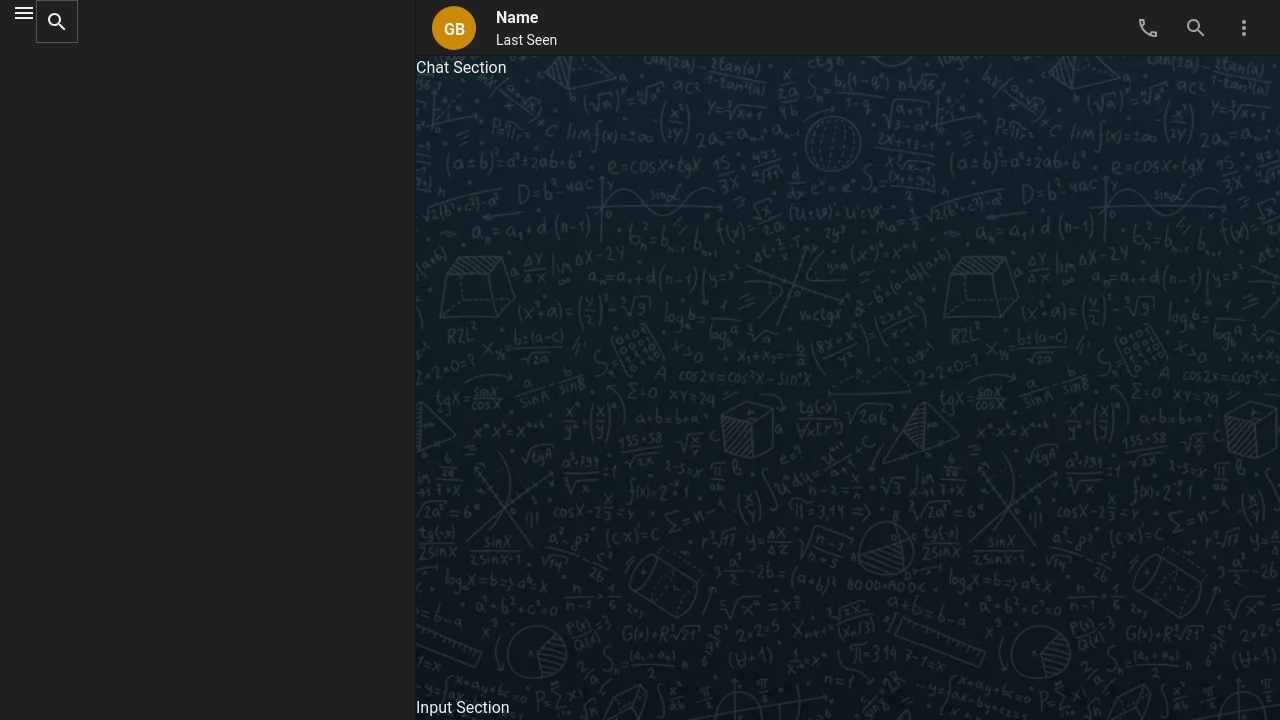
Repository: Qu4ntumGuy/telegram-clone
Page: /
The author's editor kept a copy of each file at every save. The page is drawn from the files as they stood at one save, then again after the next save.
The browser window is 1280 px wide. The pictures show the whole page.
The project was rebuilt for these pictures with package versions that can differ from the ones it lists, and the page was loaded fresh each time. Also part of the build but not shown: src/Utils/ContextProvider.js, src/Pages/ChatPage.js/ChatPage.js.

Above is the page before, as saved 2024-07-15 12:28:36.

After the next save:
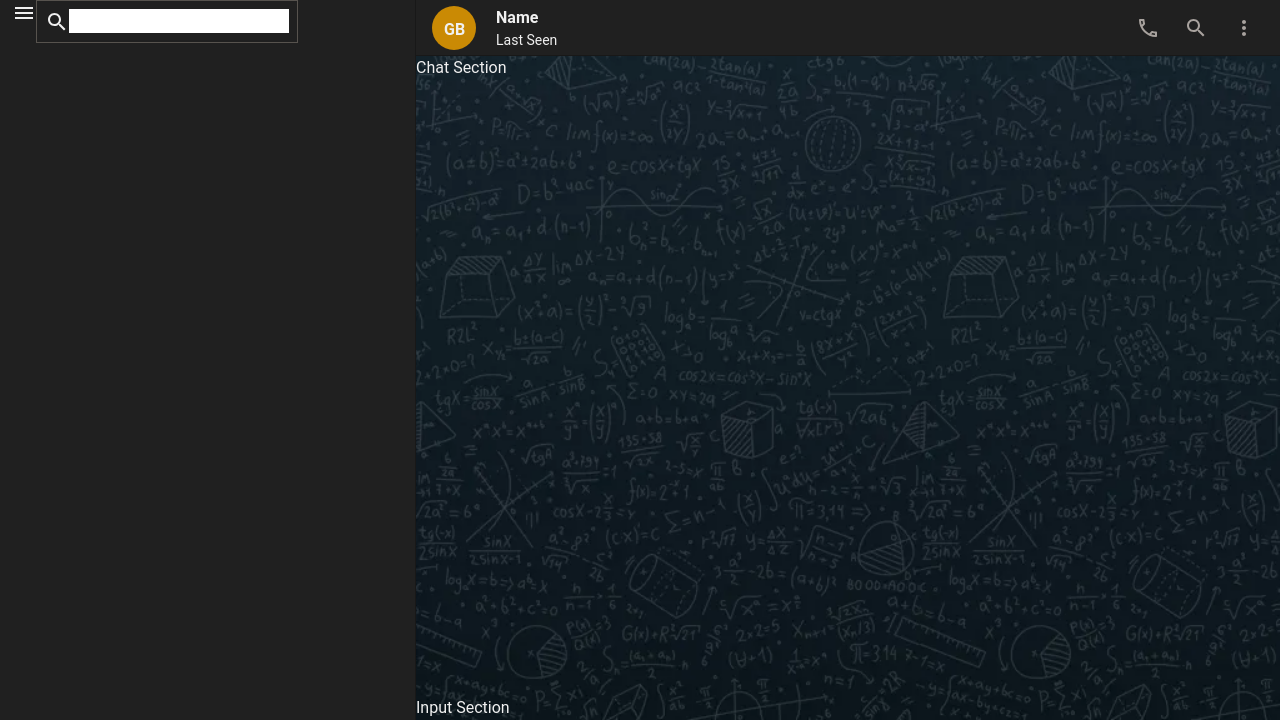
Saved 24 s later.
--- a/src/Components/Sidebar.js
+++ b/src/Components/Sidebar.js
@@ -16,7 +16,9 @@ function Sidebar() {
             <div>
               <SearchIcon />
             </div>
-            <form></form>
+            <form>
+              <input className="w-full" />
+            </form>
           </div>
         </div>
       </div>
